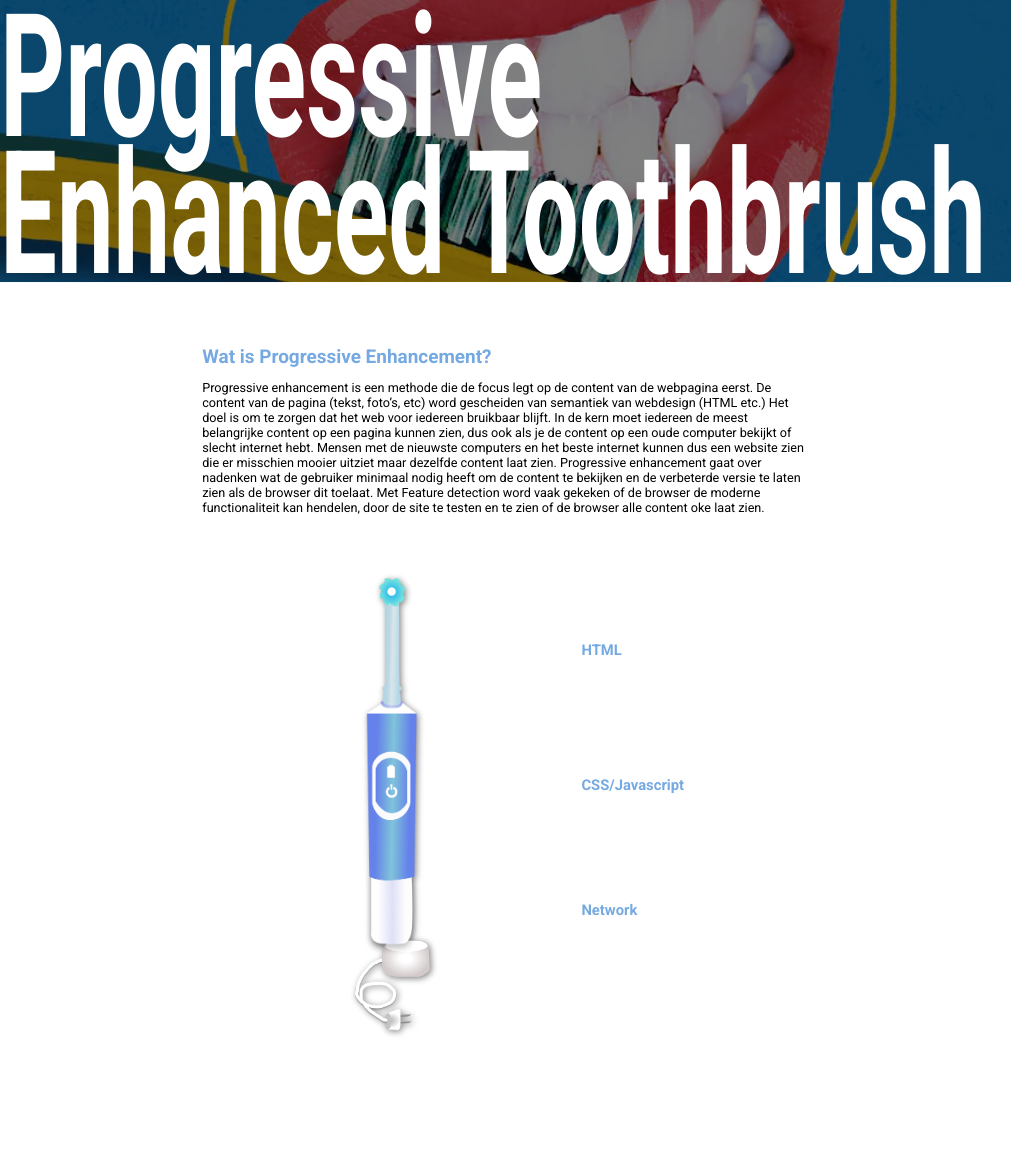
Repository: norakramer1/browser-technologies-2122
Page: progressive-enhanced-toothbrush-main/index.html
The author's editor kept a copy of each file at every save. The page is drawn from the files as they stood at one save, then again after the next save.
The browser window is 1280 px wide. The pictures show the whole page, at 79% of full size.

Above is the page before, as saved 2022-03-23 13:32:21.

### progressive-enhanced-toothbrush-main/index.html
<!DOCTYPE html>
<html lang="en">
<head>
    <meta charset="UTF-8">
    <meta http-equiv="X-UA-Compatible" content="IE=edge">
    <meta name="viewport" content="width=device-width, initial-scale=1.0">
    <title>Progressive Enhanced Toothbrush</title>
    <link rel="stylesheet" href="style.css">
    <link href="https://fonts.googleapis.com/css2?family=Roboto:ital,wght@0,100;0,300;0,400;0,500;0,700;0,900;1,100;1,300;1,400;1,500;1,700;1,900&display=swap" rel="stylesheet">
</head>
<body>
    <header>
        <h1>Progressive Enhanced Toothbrush</h1>
    </header>
    <main>
        <article>
            <h2>Wat is Progressive Enhancement?</h2>
            <p>Progressive enhancement is een methode die de focus legt
               op de content van de webpagina eerst. De content van de pagina (tekst, foto’s, etc)
               word gescheiden van semantiek van webdesign (HTML etc.) Het doel is om te zorgen dat het web voor iedereen bruikbaar blijft. In de kern moet iedereen de meest belangrijke
               content op een pagina kunnen zien, dus ook als je de content op een oude computer bekijkt of slecht internet hebt. Mensen met de nieuwste computers en het beste internet
               kunnen dus een website zien die er misschien mooier uitziet maar dezelfde content laat zien. Progressive enhancement gaat over nadenken wat de gebruiker minimaal nodig heeft
               om de content te bekijken en de verbeterde versie te laten zien als de browser dit toelaat.

               Met Feature detection word vaak gekeken of de browser de moderne functionaliteit kan hendelen, door de site te testen en te zien of de browser alle content oke laat zien.</p>
        </article>
        <article>
            <ul>
                <li><img src="img/opzetstukje.png" alt="Opzet stukje van tandenborstel"></li>
                <li><img src="img/handvat.png" alt="Handvat van tandenborstel"></li>
                <li><img src="img/lader.png" alt="Lader van tandenborstel"></li>
            </ul>
            <ul>
                <li>
                    <h3>HTML</h3>
                </li>
                <li>
                    <h3>CSS/Javascript</h3>
                </li>
                <li>
                    <h3>Network</h3>
                </li>
            </ul>
        </article>
    </main>

    <script src="script.js"></script>
</body>
</html>

### progressive-enhanced-toothbrush-main/style.css
* {
    padding: 0;
    margin: 0;
    font-family: "Roboto", sans-serif;
}

header {
    background-image: linear-gradient(to bottom, rgba(0,0,0, .5), rgba(0,0,0, .5)),
    url('img/header.webp');
    background-size: cover;
    background-position: center;
    background-repeat: no-repeat;
    width: 100vw;
}

h1 {
    color: white;
    font-size: 10vw;
    transform: scaleY(1.7);
    line-height: .8;
    padding: 5rem 0 4.5rem 0;
}

main {
    padding: 5rem 20vw;
}

h2 {
    color: #75A9E1;
    margin-bottom: 1rem;
}

article {
    margin-bottom: 5rem;
}

article:nth-child(2) {
    display: flex;
}

article:nth-child(2) ul:first-child {
    list-style-type: none;
    display: flex;
    flex-direction: column;
    align-items: center;
    filter: drop-shadow(2px 2px 4px gray);
    margin: 0 15vw;
}

article:nth-child(2) ul:last-child {
    list-style-type: none;
    padding-top: 5rem;
}

article:nth-child(2) li:first-of-type {
    width: 2rem;
    z-index: 2;
}
article:nth-child(2) li:nth-of-type(2) {
    margin-top: -.7rem;
    width: 4.5rem;
    z-index: 1;
}
article:nth-child(2) li:last-of-type {
    margin-top: -1.5rem;
    width: 6rem;
}

article:nth-child(2) h3 {
    color: #75A9E1;
    margin-bottom: 10rem;
}

article:nth-child(2) img {
    width: 100%;
}

Loaded but not shown: progressive-enhanced-toothbrush-main/script.js (no stored copy; drawn as an empty file)

After the next save:
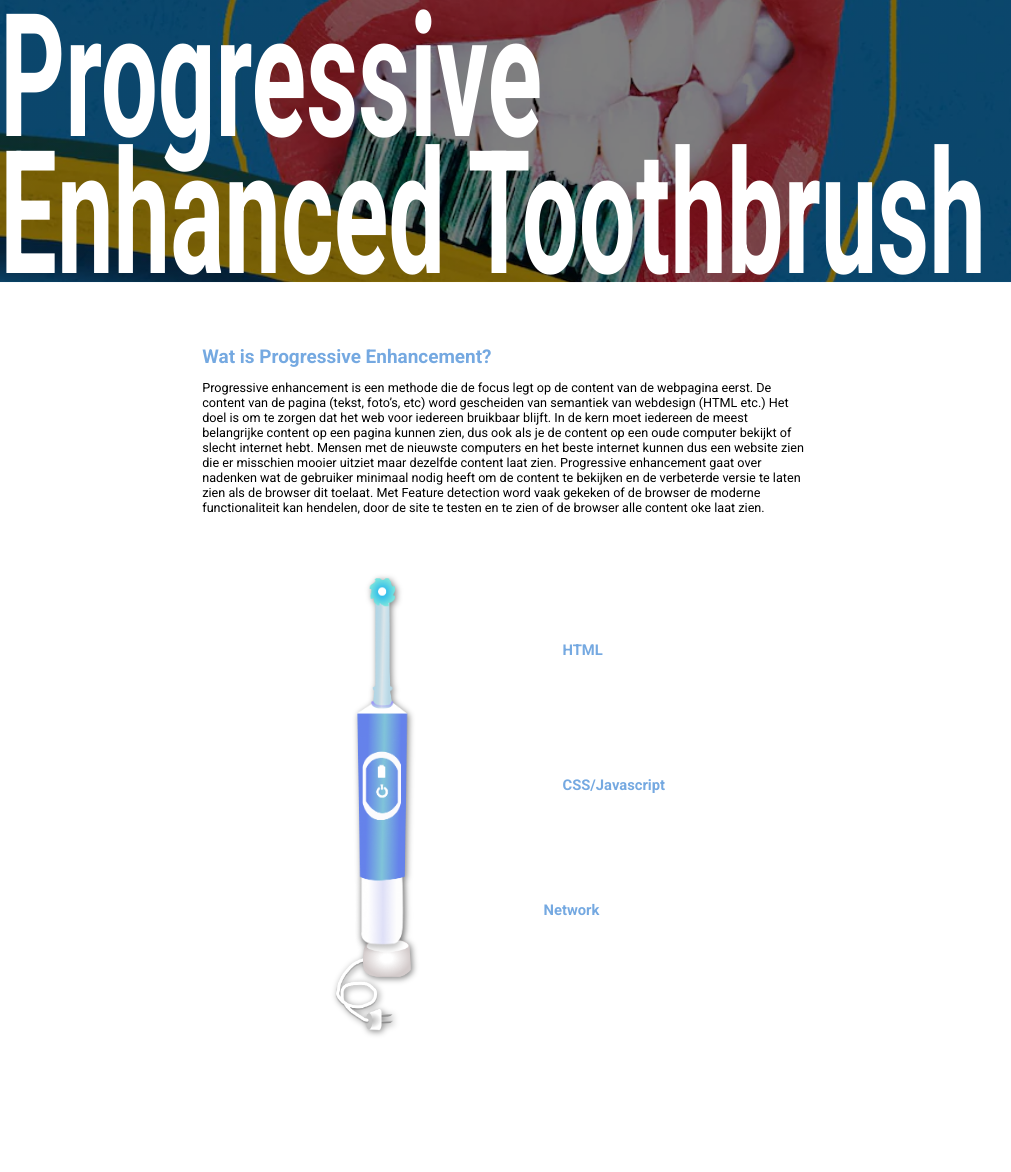
Saved 26 s later.
--- a/progressive-enhanced-toothbrush-main/style.css
+++ b/progressive-enhanced-toothbrush-main/style.css
@@ -63,6 +63,7 @@ article:nth-child(2) li:nth-of-type(2) {
 }
 article:nth-child(2) li:last-of-type {
     margin-top: -1.5rem;
+    margin-left: -1.5rem;
     width: 6rem;
 }
 
